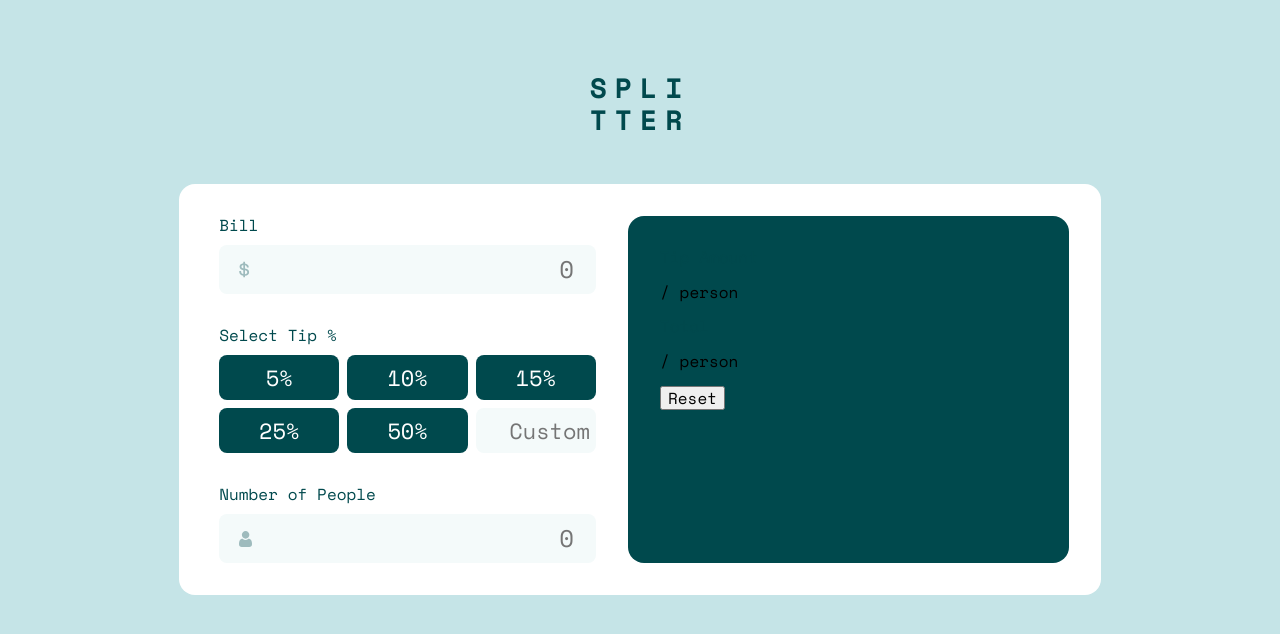
Repository: Jay-JYKim91/FM_tip-calculator
Page: index.html
These files come from the project's save history. The page is drawn as it stood at one moment and after the next save; the edit follows.
The browser window is 1280 px wide. The pictures show the whole page.
The pointer rests on the first visible `.tip_option`.

Above is the page before, as saved 2021-12-21 22:13:53.

### index.html
<!DOCTYPE html>
<html lang="en">
<head>
  <meta charset="UTF-8">
  <meta name="viewport" content="width=device-width, initial-scale=1.0"> <!-- displays site properly based on user's device -->

  <link rel="icon" type="image/png" sizes="32x32" href="./images/favicon-32x32.png">

  <title>Tip calculator</title>
  <link rel="preconnect" href="https://fonts.googleapis.com">
  <link rel="preconnect" href="https://fonts.gstatic.com" crossorigin>
  <link href="https://fonts.googleapis.com/css2?family=Space+Mono:wght@400;700&display=swap" rel="stylesheet">
  <link rel="stylesheet" href="https://cdnjs.cloudflare.com/ajax/libs/normalize/8.0.1/normalize.min.css" integrity="sha512-NhSC1YmyruXifcj/KFRWoC561YpHpc5Jtzgvbuzx5VozKpWvQ+4nXhPdFgmx8xqexRcpAglTj9sIBWINXa8x5w==" crossorigin="anonymous" referrerpolicy="no-referrer" />
  <link rel="stylesheet" href="style.css">
  <script src="main.js" defer></script>

</head>
<body>
  <main class="container">
    <h1 class="main_title">Spli<br>tter</h1>
    <section class="calculator_wrapper">
      <article class="input_wrapper">
        <div>
          <p class="title">Bill</p>
          <div class="input_form">
            <img src="./images/icon-dollar.svg" alt="dollar">
            <input type="tel" placeholder="0">
          </div>
        </div>
        <div>
          <p class="title">Select Tip %</p>
          <div class="tip_options">
            <button class="tip_option">5%</button>
            <button class="tip_option">10%</button>
            <button class="tip_option">15%</button>
            <button class="tip_option">25%</button>
            <button class="tip_option">50%</button>
            <input type="tel" id="custom_tip" class="tip_option" placeholder="Custom" autocomplete="off">
          </div>
        </div>
        <div>
          <p class="title">Number of People</p>
          <div class="input_form">
            <img src="./images/icon-person.svg" alt="person">
            <input type="tel" placeholder="0">
          </div>
        </div>
      </article>
      <article class="result_wrapper">
        <div class="result_rows">
          <div class="result_row">
            <div class="result_title_wrapper">
              <p class="title">Tip Amount</p>
              <p class="subtitle">/ person</p>
            </div>
            <p id="tipAmountPrice"></p>
          </div>
          <div class="result_row">
            <div class="result_title_wrapper">
              <p class="title">Total</p>
              <p class="subtitle">/ person</p>
            </div>
            <p id="totalPrice"></p>
          </div>
        </div>
        <div>
          <button>Reset</button>
        </div>
      </article>
    </section>
  </main>
</body>
</html>

### style.css
:root {
  --body-font: "Space Mono", monospace;

  --strong-cyan: hsl(172, 67%, 45%);
  --very-dark-cyan: hsl(183, 100%, 15%);
  --dark-grayish-cyan: hsl(186, 14%, 43%);
  --dark-grayish-cyan: hsl(184, 14%, 56%);
  --light-grayish-cyan1: hsl(185, 41%, 84%);
  --light-grayish-cyan2: hsl(189, 41%, 97%);
  --white: hsl(0, 0%, 100%);
}
body {
  background-color: var(--light-grayish-cyan1);
  font-family: var(--body-font);
}
.container {
  margin: 10vh 14vw;
}
.main_title {
  margin: 3rem;
  text-align: center;
  text-transform: uppercase;
  letter-spacing: 8px;
  color: var(--very-dark-cyan);
  font-size: 1.75rem;
}
.calculator_wrapper {
  background-color: var(--white);
  display: flex;
  justify-content: space-between;
  padding: 2rem;
  border-radius: 1rem;
}
.input_wrapper {
  flex-basis: 50%;
  padding: 0 2em 0 0.5em;
}
.input_wrapper div {
  margin-bottom: 2rem;
}
.input_wrapper div:last-child {
  margin-bottom: 0;
}
.tip_options {
  display: grid;
  grid-template-columns: repeat(3, 1fr);
  grid-gap: 0.5em;
}
.tip_option {
  border: none;
  background-color: var(--very-dark-cyan);
  color: var(--white);
  font-family: var(--body-font);
  padding: 10px;
  font-size: 22px;
  border-radius: 0.5rem;
  cursor: pointer;
}
#custom_tip {
  width: 100%;
  /* border: none; */
  background-color: var(--light-grayish-cyan2);
  padding: 10px 6px;
  box-sizing: border-box;
  text-align: right;
  /* font-size: 22px;
  border-radius: 0.5rem; */
  color: var(--very-dark-cyan);
}
#custom_tip:focus {
  outline: none;
}
.title {
  margin: 0 0 10px 0;
  color: var(--very-dark-cyan);
}
.input_form {
  display: flex;
  align-items: center;
  justify-content: space-between;
  background-color: var(--light-grayish-cyan2);
  padding: 10px 20px;
  border-radius: 0.5rem;
}
.input_form input {
  width: 90%;
  font-size: 24px;
  border: none;
  background-color: var(--light-grayish-cyan2);
  text-align: right;
  color: var(--very-dark-cyan);
}
.input_form input:focus {
  outline: none;
}
.result_wrapper {
  background-color: var(--very-dark-cyan);
  flex-basis: 50%;
  border-radius: 1rem;
  padding: 2em;
}

/* Tablet size */
@media (min-width: 768px) and (max-width: 1023px) {
}

/* Mobile size */
@media (max-width: 767px) {
}

Loaded but not shown: main.js (empty)

After the next save:
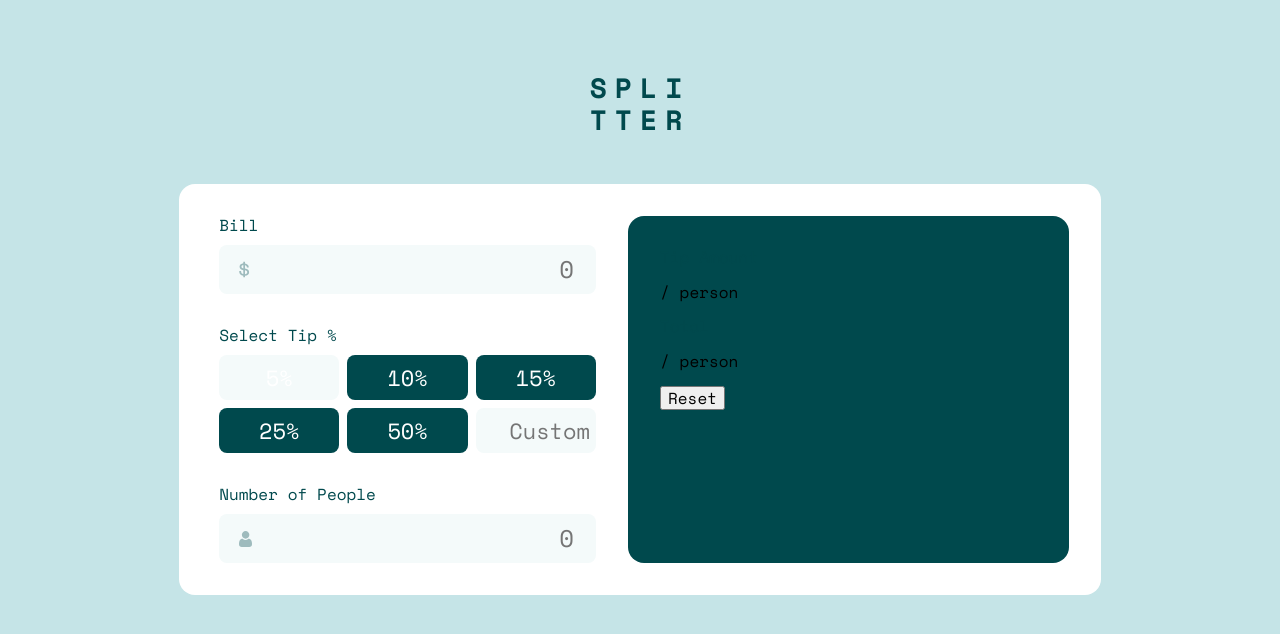
Saved 18 s later.
--- a/style.css
+++ b/style.css
@@ -56,6 +56,9 @@ body {
   border-radius: 0.5rem;
   cursor: pointer;
 }
+.tip_option:hover {
+  background-color: var(--light-grayish-cyan2);
+}
 #custom_tip {
   width: 100%;
   /* border: none; */
